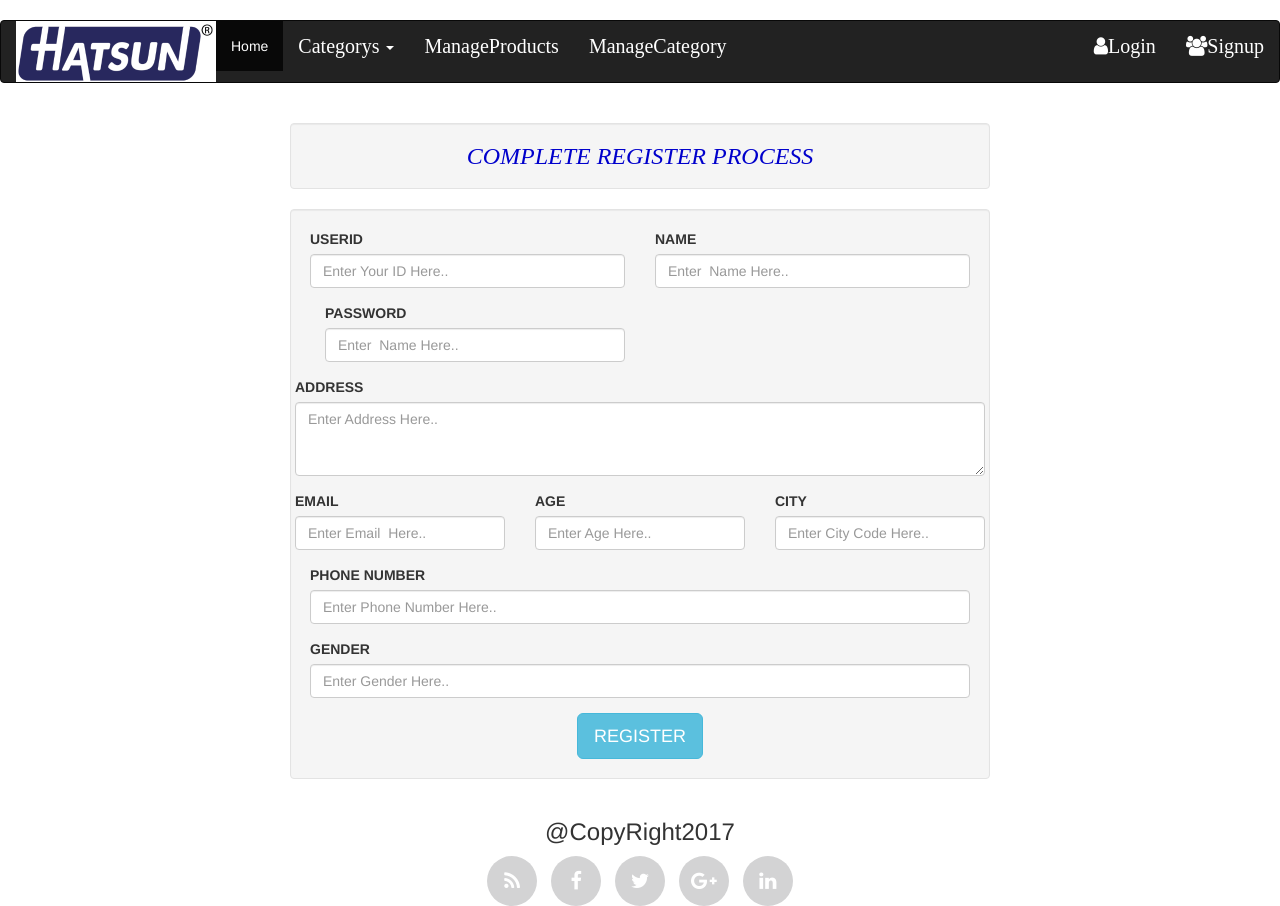
Repository: Abinesh-T/ProjectDT
Page: http://localhost/Ecommerce/WEB-INF/views/registerpage.jsp
The author's editor kept a copy of each file at every save. The page is drawn from the files as they stood at one save, then again after the next save.
The browser window is 1280 px wide. The pictures show the whole page.
Some web libraries are served in a nearby version. The page is served by Tomcat 9. Nobody is signed in. The template is opened directly, without the code that normally fills it, so the values that code supplies are empty.

Above is the page before, as saved 2018-03-10 11:58:05.
Console error: SyntaxError: Unexpected token '{'

After the next save:
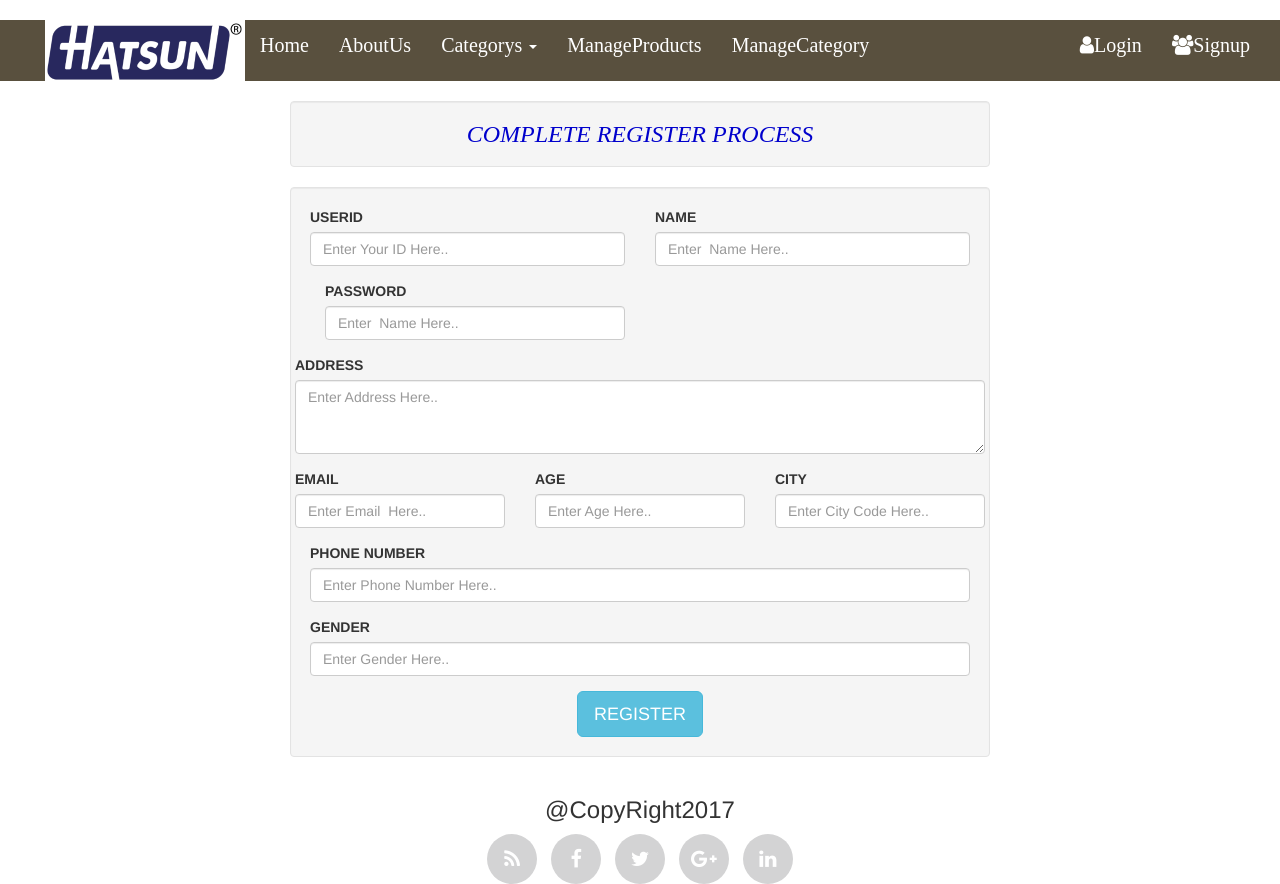
Saved 112 s later.
--- a/Ecommerce/src/main/webapp/WEB-INF/views/header.jsp
+++ b/Ecommerce/src/main/webapp/WEB-INF/views/header.jsp
@@ -50,14 +50,31 @@
 <!-- end -->
 </head>
 <body>
-<nav class="navbar navbar-inverse">
-  <div class="container-fluid">
-    <div class="navbar-header">
+<nav class="backgroundclr">
+	<div class="container-fluid">
+
+		<div class="navbar-header">
+			<button type="button" class="navbar-toggle collapsed"
+				data-toggle="collapse" data-target="#bs-example-navbar-collapse-1"
+				aria-expanded="false">
+				<span class="sr-only">Toggle navigation</span> <span
+					class="icon-bar"></span> <span class="icon-bar"></span> <span
+					class="icon-bar"></span>
+			</button>
+
+			<a class="navbar-brand" href="./">
+			<%-- 	<img src='<c:url value="./resources/images/weblog1.jpg" />' class="img-circle" width="50px" height="25px" /> --%>
+			<%-- <img src="${pageContext.request.contextPath}/resources/images/weblog1.jpg" class="img-circle" width="50px" height="25px"/> --%>
+			</a>
+		</div>
+		<div class="navbar-header">
     <img class="" src="./resources/images/Arun_brandings/Home_Icon.png" >
     </div>
-    <ul class="nav navbar-nav">
-      <li class="active"><a href="index">Home</a></li>
-    	<li class="dropdown" style="font-family:Times New Roman"><a href="#" class="dropdown-toggle" data-toggle="dropdown" role="button" aria-haspopup="true"
+		<div class="collapse navbar-collapse">
+			<ul class="nav navbar-nav">
+			  <li ><a href="" style="font-size:20px;color:white;font-family:Times New Roman">Home</a></li>
+				<li><a href="" style="font-size:20px;color:white;font-family:Times New Roman">AboutUs</a></li>
+				<li class="dropdown" style="font-family:Times New Roman"><a href="#" class="dropdown-toggle" data-toggle="dropdown" role="button" aria-haspopup="true"
 					aria-expanded="false"  style="font-size:20px;color:white">Categorys <span class="caret"></span></a>
 					<ul class="dropdown-menu">
 
